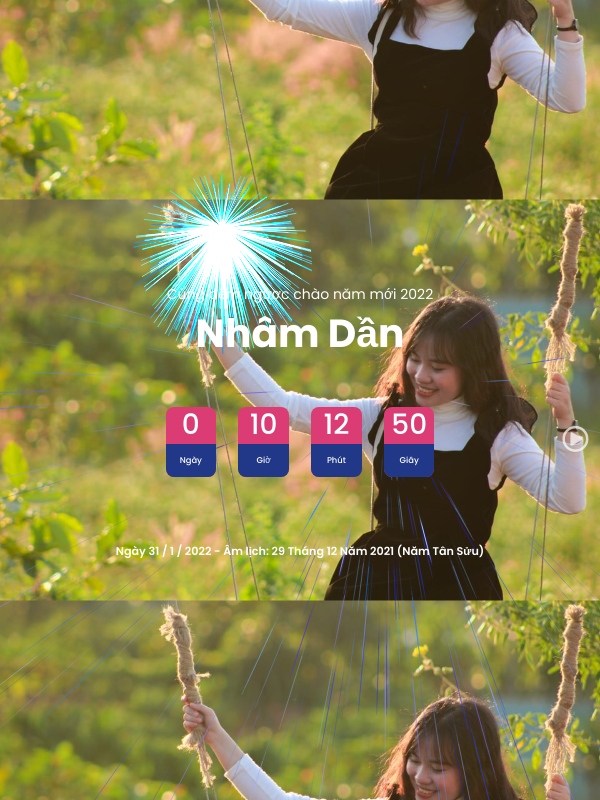
Repository: nguyenban1903/nguyenban1903.github.io
Page: huonggiangcountdown/index.html
These files come from the project's save history. The page is drawn as it stood at one moment and after the next save; the edit follows.
The browser window is 600 px wide. The pictures show the whole page.
Some web libraries are served in a nearby version.

Above is the page before, as saved 2022-01-31 14:15:48.

### huonggiangcountdown/index.html
<!DOCTYPE html>
<html lang="en">
  <head>
    <meta charset="UTF-8" />
    <meta http-equiv="X-UA-Compatible" content="IE=edge" />
    <meta name="viewport" content="width=device-width, initial-scale=1.0" />
    <title>Happy New Year - Lunar New Year Vietnamese</title>
    <link rel="shortcut icon" href="./assets/icon/dobee.ico" type="image/x-icon">
    <link rel="icon" href="./assets/icon/dobee.ico" type="image/x-icon">
    <link rel="preconnect" href="https://fonts.googleapis.com" />
    <link rel="preconnect" href="https://fonts.gstatic.com" crossorigin />
    <link
      href="https://fonts.googleapis.com/css2?family=Poppins:wght@300;400;500;600;700;800;900&display=swap"
      rel="stylesheet"
    />
    <link rel="stylesheet" href="https://pro.fontawesome.com/releases/v5.10.0/css/all.css" integrity="sha384-AYmEC3Yw5cVb3ZcuHtOA93w35dYTsvhLPVnYs9eStHfGJvOvKxVfELGroGkvsg+p" crossorigin="anonymous"/>
    <link rel="stylesheet" href="./assets/css/style.css" />
  </head>
  <body>
    <div class="content-wrapper">
      <p class="header">
        Cùng đếm ngược chào năm mới <span id="newyear-positive">0000</span>
      </p>
      <h1 class="newyear">---</h1>
      <div class="time">
        <div class="time-box">
          <div class="time-box__count">
            <span id="days">0</span>
          </div>
          <div class="time-box__text">Ngày</div>
        </div>
        <div class="time-box">
          <div class="time-box__count">
            <span id="hours">0</span>
          </div>
          <div class="time-box__text">Giờ</div>
        </div>
        <div class="time-box">
          <div class="time-box__count">
            <span id="minutes">0</span>
          </div>
          <div class="time-box__text">Phút</div>
        </div>
        <div class="time-box">
          <div class="time-box__count">
            <span id="seconds">0</span>
          </div>
          <div class="time-box__text">Giây</div>
        </div>
      </div>

      <div class="current-date">
        <span class="date-positive">----</span>
        <span class="date-lunar">---</span>
      </div>
      <div class="musics">
        <i class="far fa-play-circle play-btn"></i>
        <i class="far fa-pause-circle pause-btn hide"></i>
      </div>
    </div>
    <div
      class="firework-container"
      style="background-image: url('./assets/img/g5.jpg')"
    ></div>
    <script src="./assets/js/fireworks.js"></script>
    <script src="./assets/js/amlich-nbd.js"></script>
    <script src="./assets/js/app.js"></script>
  </body>
</html>

### huonggiangcountdown/assets/css/style.css
:root {
  --txt-color: #fff;
  --timer-box-bg: #db3c74;
  --timer-box-txt-bg: #203887;
}

* {
  margin: 0;
  padding: 0;
  box-sizing: border-box;
}

html {
  user-select: none;
  font-family: "Poppins", sans-serif;
}

body {
  height: 100vh;
  color: var(--txt-color);
  overflow: hidden;
}

.firework-container {
  position: fixed;
  z-index: 0;
  left: 0;
  top: 0;
  width: 100%;
  height: 100%;
  background-position: right;
  background-size: contain;
  background-repeat: repeat;
}

.content-wrapper {
  position: absolute;
  z-index: 999;
  top: 0;
  left: -80px;
  width: 100%;
  height: 100%;
  display: flex;
  flex-direction: column;
  justify-content: center;
  align-items: center;
}

.header {
  font-size: 2rem;
  font-weight: 400;
  margin-bottom: 15px;
}

.newyear {
  font-size: 5rem;
  font-weight: 700;
  line-height: 1.5;
  margin-bottom: 27px
}

.time {
  display: flex;
  justify-content: center;
  align-items: center;
}

.time > * ~ * {
  margin-left: 4rem;
}

.time-box {
  background-color: var(--timer-box-bg);
  border-radius: 8px;
}

.time-box__count {
  width: 9rem;
  height: 9rem;
  display: flex;
  flex-direction: column;
  align-items: center;
  justify-content: center;
}

.time-box__count > span {
  font-size: 5rem;
  font-weight: 500;
}

.time-box__text {
  background-color: var(--timer-box-txt-bg);
  font-size: 1.5rem;
  font-weight: 500;
  text-align: center;
  padding: 10px 0;
  border-bottom-left-radius: 8px;
  border-bottom-right-radius: 8px;
}

.current-date {
  position: absolute;
  bottom: 25px;
}

.date-positive {
  font-size: 1.3rem;
  font-weight: 400;
}

.date-lunar {
  font-size: 1.3rem;
  font-weight: 400;
}

.musics {
  position: absolute;
  bottom: 26px;
  right: 24px;
  cursor: pointer;
}
.hide {
  display: none;
}
.musics > i {
  font-size: 2.4rem;
  opacity: 0.7;
}

@keyframes rotateBtn {
  from {
    transform: rotate(0);
  }
  to {
    transform: rotate(360deg);
  }
}

@media only screen and (min-width: 701px) and (max-width: 1200px) {
  html {
    font-size: 55%;
  }
  .content-wrapper{
    left: 0;
  }
  .header {
    font-size: 3rem;
    font-weight: 400;
  }
  .newyear {
    margin-bottom: 1.5em;
    font-size: 10rem;
    font-weight: 700;
    line-height: 2;
  }
  .time{
    bottom: 8em;
  }
  .time-box{
    height:12em;
  }
  .time-box__count{
    display: flex;
    flex-direction: column;
    align-items: center;
    justify-content: center;
  }
  .current-date {
    bottom: 8em;
  }
  .date-positive {
    font-size: 1.5rem;
    font-weight: 600;
  }
  .date-lunar {
    font-size: 1.5rem;
    font-weight: 600;
  }
  .musics {
    bottom: 10em;
    right: 1em;
  }
  .musics > i {
    font-size: 3.6rem;
    opacity: 0.7;
  }
}

@media only screen and (max-width: 700px) {
  html {
    font-size: 35%;
  }
  .content-wrapper{
    left: 0;
    margin: 0;
    padding: auto;
  }
  .header {
    margin-bottom: 0;
    font-size: 2.5rem;
    text-align: center;
  }
  .newyear {
    margin-bottom: 1.1em;
    font-size: 7rem;
    font-weight: 700;
    line-height: 1.5;
    text-align: center;
  }
  .time{
    padding-bottom: 7em;
  }
  .time-box__count{
    height: 6.5em;
  }
  .date-positive {
    font-size: 2rem;
    font-weight: 600;
    text-align: center;
  }
  .current-date {
    /* position : absolute; */
    text-align: center;
    font-size: 1.7em;
    bottom: 30%;
  }
  .date-lunar {
    font-size: 2rem;
    font-weight: 600;
  }
  .musics {
    bottom: 62em;
    right: 2em;
  }
  .musics > i {
    font-size: 4.8rem;
    opacity: 0.7;
  }

}

### huonggiangcountdown/assets/js/amlich-nbd.js
const CAN = [ "Giáp", "Ất", "Bính", "Đinh", "Mậu", "Kỷ", "Canh", "Tân", "Nhâm", "Quý", ];
const CHI = [ "Tý", "Sửu", "Dần", "Mão", "Thìn", "Tỵ", "Ngọ", "Mùi", "Thân", "Dậu", "Tuất", "Hợi", ];

TK13 = new Array(
    0x226da2, 0x4695d0, 0x3349dc, 0x5849b0, 0x42a4b0, 0x2aaab8, 0x506a50, 0x3ab540, 0x24bb44, 0x48ab6,
    0x3495b0, 0x205372, 0x464970, 0x2e64f9, 0x5454b0, 0x3e6a50, 0x296c57, 0x4c5ac0, 0x36ab60, 0x2386e,
    0x4892e0, 0x30c97c, 0x56c960, 0x40d4a0, 0x2adaa8, 0x4eb550, 0x3a56a0, 0x24adb5, 0x4c25d0, 0x3492e,
    0x1ed2b2, 0x44a950, 0x2ed4d9, 0x52b2a0, 0x3cb550, 0x285757, 0x4e4da0, 0x36a5b0, 0x225574, 0x4852b,
    0x33a93c, 0x566930, 0x406aa0, 0x2aada8, 0x50ab50, 0x3a4b60, 0x24aae4, 0x4aa570, 0x365270, 0x1f526,
    0x42e530, 0x2e6cba, 0x5456a0, 0x3c5b50, 0x294ad6, 0x4e4ae0, 0x38a4e0, 0x20d4d4, 0x46d260, 0x30d53,
    0x56b520, 0x3eb6a0, 0x2b56a9, 0x505570, 0x3c49d0, 0x25a1b5, 0x4aa4b0, 0x34aa50, 0x1eea51, 0x42b52,
    0x2cb5aa, 0x52ab60, 0x3e95b0, 0x284b76, 0x4e4970, 0x3864b0, 0x22b4b3, 0x466a50, 0x306b3b, 0x565ac,
    0x40ab60, 0x2b2ad8, 0x5049e0, 0x3aa4d0, 0x24d4b5, 0x48b250, 0x32b520, 0x1cf522, 0x42b5a0, 0x2c95e,
    0x5295b0, 0x3e49b0, 0x28a576, 0x4ca4b0, 0x36aa50, 0x20ba54, 0x466d40, 0x2ead6c, 0x54ab60, 0x409370
  )
  TK14 = new Array(
    0x2d49b8, 0x504970, 0x3a64b0, 0x246ca5, 0x48da50, 0x325aa0, 0x1cd6c1, 0x42a6e0, 0x2e92fb, 0x5292e,
    0x3cc960, 0x26d557, 0x4cd4a0, 0x34d550, 0x215553, 0x4656a0, 0x30a6d0, 0x1aa5d1, 0x4092b0, 0x2aa5b,
    0x50a950, 0x38b2a0, 0x23b2a5, 0x48ad50, 0x344da0, 0x1ccba1, 0x42a570, 0x2e52f9, 0x545270, 0x3c693,
    0x266b37, 0x4c6aa0, 0x36ab50, 0x205753, 0x464b60, 0x30a67c, 0x56a2e0, 0x3ed160, 0x28e968, 0x4ed4a,
    0x38daa0, 0x225ea5, 0x4856d0, 0x344ae0, 0x1f85d2, 0x42a2d0, 0x2cd17a, 0x52aa50, 0x3cb520, 0x24d74,
    0x4aada0, 0x3655d0, 0x2253b3, 0x4645b0, 0x30a2b0, 0x1ba2b1, 0x40aa50, 0x28b559, 0x4e6b20, 0x38ad6,
    0x255365, 0x489370, 0x344570, 0x1ea573, 0x4452b0, 0x2c6a6a, 0x50d950, 0x3c5aa0, 0x27aac7, 0x4aa6e,
    0x3652e0, 0x20cae3, 0x46a560, 0x2ed2bb, 0x54d2a0, 0x3ed550, 0x2a5ad9, 0x4e56a0, 0x38a6d0, 0x2455d,
    0x4a52b0, 0x32a8d0, 0x1ce552, 0x42b2a0, 0x2cb56a, 0x50ad50, 0x3c4da0, 0x26a7a6, 0x4ca570, 0x3651b,
    0x21a174, 0x466530, 0x316a9c, 0x545aa0, 0x3eab50, 0x2a2bd9, 0x502b60, 0x38a370, 0x2452e5, 0x48d160
  )
  TK15 = new Array(
    0x32e4b0, 0x1c7523, 0x40daa0, 0x2d5b4b, 0x5256d0, 0x3c2ae0, 0x26a3d7, 0x4ca2d0, 0x36d150, 0x1ed95,
    0x44b520, 0x2eb69c, 0x54ada0, 0x3e55d0, 0x2b25b9, 0x5045b0, 0x3aa2b0, 0x22aab5, 0x48a950, 0x32b52,
    0x1ceaa1, 0x40ab60, 0x2c55bc, 0x524b70, 0x3e4570, 0x265377, 0x4c52b0, 0x366950, 0x216954, 0x445aa,
    0x2eab5c, 0x54a6e0, 0x404ae0, 0x28a5e8, 0x4ea560, 0x38d2a0, 0x22eaa6, 0x46d550, 0x3256a0, 0x1d95a,
    0x4295d0, 0x2c4afb, 0x5249b0, 0x3ca4d0, 0x26d2d7, 0x4ab2a0, 0x34b550, 0x205d54, 0x462da0, 0x2e95b,
    0x1b1571, 0x4049b0, 0x2aa4f9, 0x4e64b0, 0x386a90, 0x22aea6, 0x486b50, 0x322b60, 0x1caae2, 0x42937,
    0x2f496b, 0x50c960, 0x3ae4d0, 0x266b27, 0x4adaa0, 0x345ad0, 0x2036d3, 0x4626e0, 0x3092e0, 0x18d2d,
    0x3ec950, 0x28d4d9, 0x4eb4a0, 0x36b690, 0x2355a6, 0x4855b0, 0x3425d0, 0x1ca5b2, 0x4292b0, 0x2ca97,
    0x526950, 0x3a74a0, 0x24b5a8, 0x4aab60, 0x3653b0, 0x202b74, 0x462570, 0x3052b0, 0x1ad2b1, 0x3e695,
    0x286ad9, 0x4e5aa0, 0x38ab50, 0x224ed5, 0x484ae0, 0x32a370, 0x1f44e3, 0x40d2a0, 0x2bd94b, 0x50b550
  )
  TK16 = new Array(
    0x3c56a0, 0x2497a7, 0x4a95d0, 0x364ae0, 0x20a9b4, 0x44a4d0, 0x2ed250, 0x19aaa1, 0x3eb550, 0x2856d,
    0x4e2da0, 0x3895b0, 0x244b75, 0x484970, 0x32a4b0, 0x1cb4b4, 0x426a90, 0x2aad5c, 0x505b50, 0x3c2b6,
    0x2695e8, 0x4a92f0, 0x364970, 0x206964, 0x44d4a0, 0x2cea5c, 0x52d690, 0x3e56d0, 0x2b2b5a, 0x4e26e,
    0x3892e0, 0x22cad6, 0x48c950, 0x30d4a0, 0x1af4a2, 0x40b590, 0x2c56dc, 0x5055b0, 0x3c25d0, 0x2693b,
    0x4c92b0, 0x34a950, 0x1fb155, 0x446ca0, 0x2ead50, 0x192b61, 0x3e4bb0, 0x2a25f9, 0x502570, 0x3852b,
    0x22aaa6, 0x46e950, 0x326aa0, 0x1abaa3, 0x40ab50, 0x2c4b7b, 0x524ae0, 0x3aa570, 0x2652d7, 0x4ad26,
    0x34d950, 0x1e5d55, 0x4456a0, 0x2e96d0, 0x1a55d2, 0x3e4ae0, 0x28a4fa, 0x4ea4d0, 0x38d250, 0x20d69,
    0x46b550, 0x3235a0, 0x1caba2, 0x4095b0, 0x2d49bc, 0x524970, 0x3ca4b0, 0x24b2b8, 0x4a6a50, 0x346d4,
    0x1fab54, 0x442ba0, 0x2e9370, 0x2e52f2, 0x544970, 0x3c64e9, 0x60d4a0, 0x4aea50, 0x373aa6, 0x5a56d,
    0x462b60, 0x3185e3, 0x5692e0, 0x3ec97b, 0x64a950, 0x4ed4a0, 0x38daa8, 0x5cb550, 0x4856b0, 0x342da4
  )
  TK17 = new Array(
    0x58a5d0, 0x4292d0, 0x2cd2b2, 0x52a950, 0x3cb4d9, 0x606aa0, 0x4aad50, 0x365756, 0x5c4ba0, 0x44a5b,
    0x314573, 0x5652b0, 0x41a94b, 0x62e950, 0x4e6aa0, 0x38ada8, 0x5e9b50, 0x484b60, 0x32aae4, 0x58a4f,
    0x445260, 0x2bd262, 0x50d550, 0x3d5a9a, 0x6256a0, 0x4a96d0, 0x3749d6, 0x5c49e0, 0x46a4d0, 0x2ed4d,
    0x54d250, 0x3ed53b, 0x64b540, 0x4cb5a0, 0x3995a8, 0x5e95b0, 0x4a49b0, 0x32a974, 0x58a4b0, 0x42aa5,
    0x2cea51, 0x506d40, 0x3aadbb, 0x622b60, 0x4c9370, 0x364af6, 0x5c4970, 0x4664b0, 0x3074a3, 0x52da5,
    0x3e6b5b, 0x6456d0, 0x502ae0, 0x3893e7, 0x5e92e0, 0x48c960, 0x33d155, 0x56d4a0, 0x40da50, 0x2d355,
    0x5256a0, 0x3aa6fa, 0x6225d0, 0x4c92d0, 0x36aab6, 0x5aa950, 0x44b4a0, 0x2ebaa4, 0x54ad50, 0x3f55a,
    0x644ba0, 0x4ea5b0, 0x3b5278, 0x5e52b0, 0x486930, 0x327555, 0x586aa0, 0x40ab50, 0x2c5b52, 0x524b6,
    0x3da56a, 0x60a4f0, 0x4c5260, 0x34ea66, 0x5ad530, 0x445aa0, 0x2eb6a3, 0x5496d0, 0x404ae0, 0x28c9d,
    0x4ea4d0, 0x38d2d8, 0x5eb250, 0x46b520, 0x31d545, 0x56ada0, 0x4295d0, 0x2c55b2, 0x5249b0, 0x3ca4f9
  )
  TK18 = new Array(
    0x62a4b0, 0x4caa50, 0x37b457, 0x5c6b40, 0x46ada0, 0x305b64, 0x569370, 0x424970, 0x2cc971, 0x5064b,
    0x3a6aa8, 0x5eda50, 0x4a5aa0, 0x32aec5, 0x58a6e0, 0x4492f0, 0x3052e2, 0x52c960, 0x3dd49a, 0x62d4a,
    0x4cd550, 0x365b57, 0x5c56a0, 0x46a6d0, 0x3295d4, 0x5692d0, 0x40a95c, 0x2ad4b0, 0x50b2a0, 0x38b5a,
    0x5ead50, 0x4a4da0, 0x34aba4, 0x58a570, 0x4452b0, 0x2eb273, 0x546930, 0x3c6abb, 0x626aa0, 0x4cab5,
    0x394b57, 0x5c4b60, 0x46a570, 0x3252e4, 0x56d160, 0x3ee93c, 0x64d520, 0x4edaa0, 0x3b5b29, 0x5e56d,
    0x4a4ae0, 0x34a5d5, 0x5aa2d0, 0x42d150, 0x2cea52, 0x52b520, 0x3cd6ab, 0x60ada0, 0x4c55d0, 0x384bb,
    0x5e45b0, 0x46a2b0, 0x30d2b4, 0x56aa50, 0x41b52c, 0x646b20, 0x4ead60, 0x3a55e9, 0x609370, 0x4a457,
    0x34a575, 0x5a52b0, 0x446a50, 0x2d5a52, 0x525aa0, 0x3dab4b, 0x62a6e0, 0x4c92e0, 0x36c6e6, 0x5ca56,
    0x46d4a0, 0x2eeaa5, 0x54d550, 0x4056a0, 0x2ad5a1, 0x4ea5d0, 0x3b52d9, 0x6052b0, 0x4aa950, 0x32d55,
    0x58b2a0, 0x42b550, 0x2e6d52, 0x524da0, 0x3da5cb, 0x62a570, 0x4e51b0, 0x36a977, 0x5c6530, 0x466a90
  )
  TK19 = new Array(
    0x30baa3, 0x56ab50, 0x422ba0, 0x2cab61, 0x52a370, 0x3c51e8, 0x60d160, 0x4ae4b0, 0x376926, 0x58daa0,
    0x445b50, 0x3116d2, 0x562ae0, 0x3ea2e0, 0x28e2d2, 0x4ec950, 0x38d556, 0x5cb520, 0x46b690, 0x325da4,
    0x5855d0, 0x4225d0, 0x2ca5b3, 0x52a2b0, 0x3da8b7, 0x60a950, 0x4ab4a0, 0x35b2a5, 0x5aad50, 0x4455b0,
    0x302b74, 0x562570, 0x4052f9, 0x6452b0, 0x4e6950, 0x386d56, 0x5e5aa0, 0x46ab50, 0x3256d4, 0x584ae0,
    0x42a570, 0x2d4553, 0x50d2a0, 0x3be8a7, 0x60d550, 0x4a5aa0, 0x34ada5, 0x5a95d0, 0x464ae0, 0x2eaab4,
    0x54a4d0, 0x3ed2b8, 0x64b290, 0x4cb550, 0x385757, 0x5e2da0, 0x4895d0, 0x324d75, 0x5849b0, 0x42a4b0,
    0x2da4b3, 0x506a90, 0x3aad98, 0x606b50, 0x4c2b60, 0x359365, 0x5a9370, 0x464970, 0x306964, 0x52e4a0,
    0x3cea6a, 0x62da90, 0x4e5ad0, 0x392ad6, 0x5e2ae0, 0x4892e0, 0x32cad5, 0x56c950, 0x40d4a0, 0x2bd4a3,
    0x50b690, 0x3a57a7, 0x6055b0, 0x4c25d0, 0x3695b5, 0x5a92b0, 0x44a950, 0x2ed954, 0x54b4a0, 0x3cb550,
    0x286b52, 0x4e55b0, 0x3a2776, 0x5e2570, 0x4852b0, 0x32aaa5, 0x56e950, 0x406aa0, 0x2abaa3, 0x50ab50
  ) /* Years 1800-1899 */
  TK20 = new Array(
    0x3c4bd8, 0x624ae0, 0x4ca570, 0x3854d5, 0x5cd260, 0x44d950, 0x315554, 0x5656a0, 0x409ad0, 0x2a55d2,
    0x504ae0, 0x3aa5b6, 0x60a4d0, 0x48d250, 0x33d255, 0x58b540, 0x42d6a0, 0x2cada2, 0x5295b0, 0x3f4977,
    0x644970, 0x4ca4b0, 0x36b4b5, 0x5c6a50, 0x466d40, 0x2fab54, 0x562b60, 0x409570, 0x2c52f2, 0x504970,
    0x3a6566, 0x5ed4a0, 0x48ea50, 0x336a95, 0x585ad0, 0x442b60, 0x2f86e3, 0x5292e0, 0x3dc8d7, 0x62c950,
    0x4cd4a0, 0x35d8a6, 0x5ab550, 0x4656a0, 0x31a5b4, 0x5625d0, 0x4092d0, 0x2ad2b2, 0x50a950, 0x38b557,
    0x5e6ca0, 0x48b550, 0x355355, 0x584da0, 0x42a5b0, 0x2f4573, 0x5452b0, 0x3ca9a8, 0x60e950, 0x4c6aa0,
    0x36aea6, 0x5aab50, 0x464b60, 0x30aae4, 0x56a570, 0x405260, 0x28f263, 0x4ed940, 0x38db47, 0x5cd6a0,
    0x4896d0, 0x344dd5, 0x5a4ad0, 0x42a4d0, 0x2cd4b4, 0x52b250, 0x3cd558, 0x60b540, 0x4ab5a0, 0x3755a6,
    0x5c95b0, 0x4649b0, 0x30a974, 0x56a4b0, 0x40aa50, 0x29aa52, 0x4e6d20, 0x39ad47, 0x5eab60, 0x489370,
    0x344af5, 0x5a4970, 0x4464b0, 0x2c74a3, 0x50ea50, 0x3d6a58, 0x6256a0, 0x4aaad0, 0x3696d5, 0x5c92e0
  ) /* Years 1900-1999 */
  TK21 = new Array(
    0x46c960, 0x2ed954, 0x54d4a0, 0x3eda50, 0x2a7552, 0x4e56a0, 0x38a7a7, 0x5ea5d0, 0x4a92b0, 0x32aab5,
    0x58a950, 0x42b4a0, 0x2cbaa4, 0x50ad50, 0x3c55d9, 0x624ba0, 0x4ca5b0, 0x375176, 0x5c5270, 0x466930,
    0x307934, 0x546aa0, 0x3ead50, 0x2a5b52, 0x504b60, 0x38a6e6, 0x5ea4e0, 0x48d260, 0x32ea65, 0x56d520,
    0x40daa0, 0x2d56a3, 0x5256d0, 0x3c4afb, 0x6249d0, 0x4ca4d0, 0x37d0b6, 0x5ab250, 0x44b520, 0x2edd25,
    0x54b5a0, 0x3e55d0, 0x2a55b2, 0x5049b0, 0x3aa577, 0x5ea4b0, 0x48aa50, 0x33b255, 0x586d20, 0x40ad60,
    0x2d4b63, 0x525370, 0x3e49e8, 0x60c970, 0x4c54b0, 0x3768a6, 0x5ada50, 0x445aa0, 0x2fa6a4, 0x54aad0,
    0x4052e0, 0x28d2e3, 0x4ec950, 0x38d557, 0x5ed4a0, 0x46d950, 0x325d55, 0x5856a0, 0x42a6d0, 0x2c55d4,
    0x5252b0, 0x3ca9b8, 0x62a930, 0x4ab490, 0x34b6a6, 0x5aad50, 0x4655a0, 0x2eab64, 0x54a570, 0x4052b0,
    0x2ab173, 0x4e6930, 0x386b37, 0x5e6aa0, 0x48ad50, 0x332ad5, 0x582b60, 0x42a570, 0x2e52e4, 0x50d160,
    0x3ae958, 0x60d520, 0x4ada90, 0x355aa6, 0x5a56d0, 0x462ae0, 0x30a9d4, 0x54a2d0, 0x3ed150, 0x28e952
  ) /* Years 2000-2099 */
  TK22 = new Array(
    0x4eb520, 0x38d727, 0x5eada0, 0x4a55b0, 0x362db5, 0x5a45b0, 0x44a2b0, 0x2eb2b4, 0x54a950, 0x3cb559,
    0x626b20, 0x4cad50, 0x385766, 0x5c5370, 0x484570, 0x326574, 0x5852b0, 0x406950, 0x2a7953, 0x505aa0,
    0x3baaa7, 0x5ea6d0, 0x4a4ae0, 0x35a2e5, 0x5aa550, 0x42d2a0, 0x2de2a4, 0x52d550, 0x3e5abb, 0x6256a0,
    0x4c96d0, 0x3949b6, 0x5e4ab0, 0x46a8d0, 0x30d4b5, 0x56b290, 0x40b550, 0x2a6d52, 0x504da0, 0x3b9567,
    0x609570, 0x4a49b0, 0x34a975, 0x5a64b0, 0x446a90, 0x2cba94, 0x526b50, 0x3e2b60, 0x28ab61, 0x4c9570,
    0x384ae6, 0x5cd160, 0x46e4a0, 0x2eed25, 0x54da90, 0x405b50, 0x2c36d3, 0x502ae0, 0x3a93d7, 0x6092d0,
    0x4ac950, 0x32d556, 0x58b4a0, 0x42b690, 0x2e5d94, 0x5255b0, 0x3e25fa, 0x6425b0, 0x4e92b0, 0x36aab6,
    0x5c6950, 0x4674a0, 0x31b2a5, 0x54ad50, 0x4055a0, 0x2aab73, 0x522570, 0x3a5377, 0x6052b0, 0x4a6950,
    0x346d56, 0x585aa0, 0x42ab50, 0x2e56d4, 0x544ae0, 0x3ca570, 0x2864d2, 0x4cd260, 0x36eaa6, 0x5ad550,
    0x465aa0, 0x30ada5, 0x5695d0, 0x404ad0, 0x2aa9b3, 0x50a4d0, 0x3ad2b7, 0x5eb250, 0x48b540, 0x33d556
  ) /* Years 2100-2199 */
const months = [01, 02, 03, 04, 05, 06, 07, 08, 09, 10, 11, 12];
const FIRST_DAY = jdn(31, 1, 1200)
const LAST_DAY = jdn(31, 12, 2199)
const PI = Math.PI
const today = new Date()
const currentLunarDate = getLunarDate(today.getDate(), today.getMonth()+1, today.getFullYear())
const currentMonth = today.getMonth()+1
const currentYear = today.getFullYear();
function INT(d) {
    return Math.floor(d);
}

function LunarDate(dd, mm, yy, leap, jd) {
    this.day = dd;
    this.month = mm;
    this.year = yy;
    this.leap = leap;
    this.jd = jd;
}

function jdn(dd, mm, yy) {
    var a = INT((14 - mm) / 12);
    var y = yy+4800-a;
    var m = mm+12*a-3;
    var jd = dd + INT((153*m+2)/5) + 365*y + INT(y/4) - INT(y/100) + INT(y/400) - 32045;
    return jd;
    //return 367*yy - INT(7*(yy+INT((mm+9)/12))/4) - INT(3*(INT((yy+(mm-9)/7)/100)+1)/4) + INT(275*mm/9)+dd+1721029;
}

function decodeLunarYear(yy, k) {
    var monthLengths, regularMonths, offsetOfTet, leapMonth, leapMonthLength, solarNY, currentJD, j, mm;
    var ly = new Array();
    monthLengths = new Array(29, 30);
    regularMonths = new Array(12);
    offsetOfTet = k >> 17;
    leapMonth = k & 0xf;
    leapMonthLength = monthLengths[k >> 16 & 0x1];
    solarNY = jdn(1, 1, yy);
    currentJD = solarNY+offsetOfTet;
    j = k >> 4;
    for(i = 0; i < 12; i++) {
      regularMonths[12 - i - 1] = monthLengths[j & 0x1];
      j >>= 1;
    }
    if (leapMonth == 0) {
      for(mm = 1; mm <= 12; mm++) {
        ly.push(new LunarDate(1, mm, yy, 0, currentJD));
        currentJD += regularMonths[mm-1];
      }
    } else {
      for(mm = 1; mm <= leapMonth; mm++) {
        ly.push(new LunarDate(1, mm, yy, 0, currentJD));
        currentJD += regularMonths[mm-1];
      }
      ly.push(new LunarDate(1, leapMonth, yy, 1, currentJD));
      currentJD += leapMonthLength;
      for(mm = leapMonth+1; mm <= 12; mm++) {
        ly.push(new LunarDate(1, mm, yy, 0, currentJD));
        currentJD += regularMonths[mm-1];
      }
    }
    return ly;
  }

  function getYearInfo(yyyy) {
    var yearCode;
    if (yyyy < 1300) {
      yearCode = TK13[yyyy - 1200];
    } else if (yyyy < 1400) {
      yearCode = TK14[yyyy - 1300];
    } else if (yyyy < 1500) {
      yearCode = TK15[yyyy - 1400];
    } else if (yyyy < 1600) {
      yearCode = TK16[yyyy - 1500];
    } else if (yyyy < 1700) {
      yearCode = TK17[yyyy - 1600];
    } else if (yyyy < 1800) {
      yearCode = TK18[yyyy - 1700];
    } else if (yyyy < 1900) {
      yearCode = TK19[yyyy - 1800];
    } else if (yyyy < 2000) {
      yearCode = TK20[yyyy - 1900];
    } else if (yyyy < 2100) {
      yearCode = TK21[yyyy - 2000];
    } else {
      yearCode = TK22[yyyy - 2100];
    }
    return decodeLunarYear(yyyy, yearCode);
  }

  function findLunarDate(jd, ly) {
    if (jd > LAST_DAY || jd < FIRST_DAY || ly[0].jd > jd) {
      return new LunarDate(0, 0, 0, 0, jd);
    }
    var i = ly.length-1;
    while (jd < ly[i].jd) {
      i--;
    }
    var off = jd - ly[i].jd;
    ret = new LunarDate(ly[i].day+off, ly[i].month, ly[i].year, ly[i].leap, jd);
    return ret;
  }

  function getLunarDate(dd, mm, yyyy) {
    var ly, jd;
    if (yyyy < 1300 || 2199 < yyyy) {
      //return new LunarDate(0, 0, 0, 0, 0);
    }
    ly = getYearInfo(yyyy);
    jd = jdn(dd, mm, yyyy);
    if (jd < ly[0].jd) {
      ly = getYearInfo(yyyy - 1);
    }
    return findLunarDate(jd, ly);
  }

function getYearCanChi(year) {
    return CAN[(year + 6) % 10] + " " + CHI[(year + 8) % 12];
}

### huonggiangcountdown/assets/js/app.js
const fireWorkContainer = document.querySelector(".firework-container");
const daySpan = document.querySelector("#days");
const hourSpan = document.querySelector("#hours");
const minuteSpan = document.querySelector("#minutes");
const secondSpan = document.querySelector("#seconds");
const lunarTimeSpan = document.querySelector(".date-lunar");
const positiveTimeSpan = document.querySelector(".date-positive");
const newYearPositive = document.querySelector("#newyear-positive");
const newYearLunar = document.querySelector(".newyear");
const musicPlay = document.querySelector(".musics");
const playBtn = document.querySelector(".play-btn");
const pauseBtn = document.querySelector(".pause-btn");
const songs = [
  {
      name: "Năm qua tôi đã làm gì",
      path: './assets/music/NamQuaToiDaLamGi.mp3',
  },
  {
      name: "1 năm mới bình an",
      path: './assets/music/1nammoibinhan.mp3',
  },
  {
      name: "Happy New Year",
      path: "./assets/music/HappyNewYear-ABBA.mp3"
  }
];
let isPlaying = false
let currSong, flag = 0
const audio = new Audio()

const firework = new Fireworks(fireWorkContainer, {
  speech: 4,
  acceleration: 2,
  friction: 1,
  gravity: 4,
  particles: 600,
  explosion: 10,
});

const nowYear = new Date();
newYearPositive.innerHTML = nowYear.getFullYear();
newYearLunar.innerHTML = getYearCanChi(nowYear.getFullYear());

const countdown = () => {
  const datePos = nowYear.getDate();
  const monthPos = months[nowYear.getMonth()];
  const yearPos = nowYear.getFullYear();

  const dayLunar = getLunarDate(datePos, monthPos, nowYear.getFullYear()).day
  const monthLunar = getLunarDate(datePos, monthPos, nowYear.getFullYear()).month
  const yearLunar = getLunarDate(datePos, monthPos, nowYear.getFullYear()).year

  const countDateTime = new Date(yearLunar + 1, months[0], 1).getTime();
  const nowTime = new Date().getTime();
  const distance = countDateTime - nowTime;

  const days = Math.floor(distance / (1000 * 60 * 60 * 24));
  const hours = Math.floor((distance % (1000 * 60 * 60 * 24)) / (1000 * 60 * 60));
  const minutes = Math.floor((distance % (1000 * 60 * 60)) / (1000 * 60));
  const seconds = Math.floor((distance % (1000 * 60)) / 1000);

  daySpan.innerHTML = days;
  hourSpan.innerHTML = hours;
  minuteSpan.innerHTML = minutes;
  secondSpan.innerHTML = seconds;
  positiveTimeSpan.innerHTML = `Ngày ${datePos} / ${monthPos} / ${yearPos} - `
  lunarTimeSpan.innerHTML = `Âm lịch: ${dayLunar} Tháng ${monthLunar} Năm ${nowYear.getFullYear() - 1}
    (Năm ${getYearCanChi(nowYear.getFullYear() - 1)})`;
  if (distance < 0) {
    clearInterval(countdownInterval);
  }
};

const handleEvent = () => {
  musicPlay.addEventListener("click", (e) => {
      if (isPlaying) {
          playBtn.classList.remove("hide")
          pauseBtn.classList.add("hide")
          currSong.pause()
      } else {
          playBtn.classList.add("hide")
          pauseBtn.classList.remove("hide")
          pauseBtn.style.animation = 'rotateBtn 2s linear 0.2s infinite'
          selectTrack(flag)
      }
  })
}

function  selectTrack(flag) {
  songs.forEach((song, index) => {
      if (flag === index) {
          initPlayer(song.path, (flag) => {
              selectTrack(flag)
          });
      }
  })
}

function initPlayer(url, callback) {
  audio.src = url
  if (audio.src !== undefined) {
      audio.play()
  }
  audio.volume = 0.3
  audio.onplay = () => {
      isPlaying = true
      currSong = audio
  }
  audio.onpause = () => {
      isPlaying = false
      currSong = null
  }
  audio.onended = () => {
      isPlaying = false
      currSong = null
      if (flag < songs.length - 1 ) {
          callback(++flag)
      } else {
          flag = 0
          callback(flag)
      }
  }
}

firework.start();
countdown();
handleEvent();
const countdownInterval = setInterval(countdown, 1000);

Loaded but not shown: huonggiangcountdown/assets/js/fireworks.js (library)

After the next save:
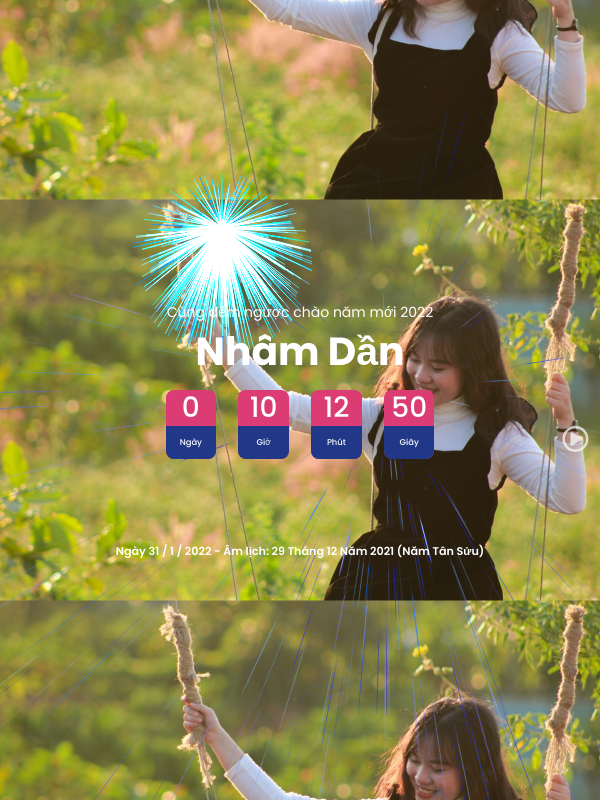
Saved 2 h 52 min later.
--- a/huonggiangcountdown/assets/css/style.css
+++ b/huonggiangcountdown/assets/css/style.css
@@ -201,7 +201,7 @@ body {
     text-align: center;
   }
   .newyear {
-    margin-bottom: 1.1em;
+    margin-bottom: 0.2em;
     font-size: 7rem;
     font-weight: 700;
     line-height: 1.5;
